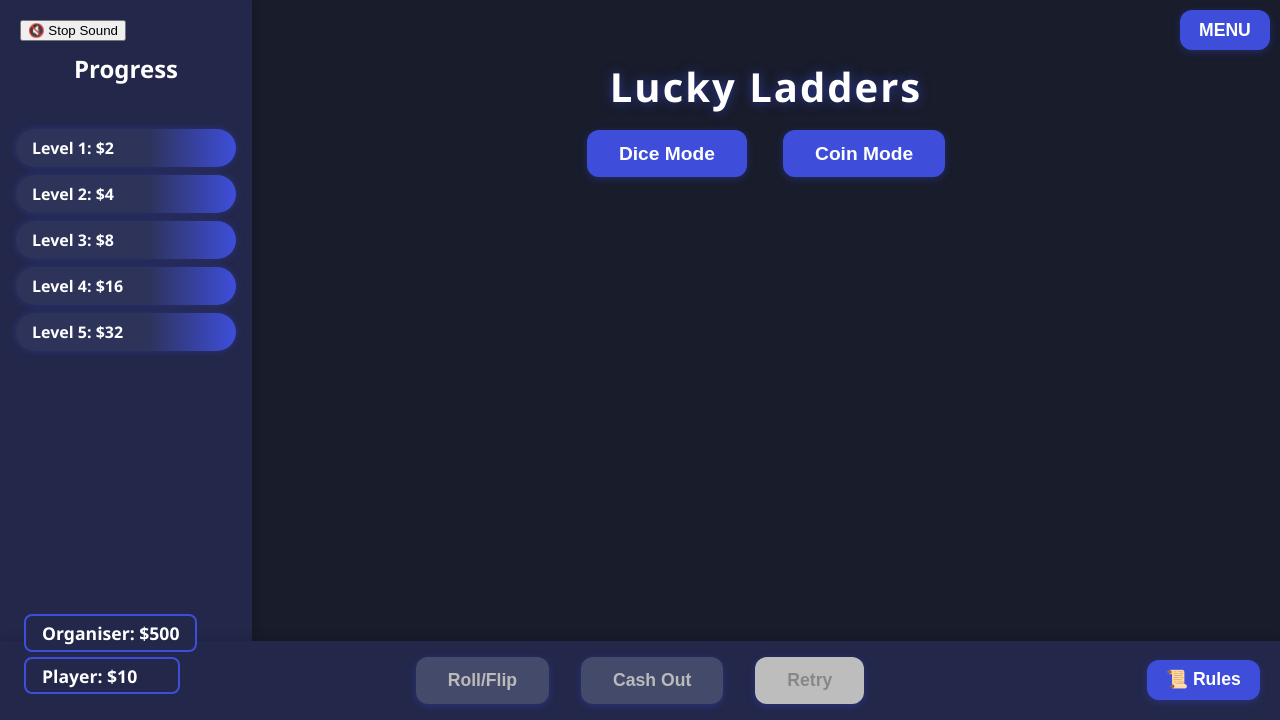
Repository: DrFez/luckyladders
Page: index.html
The author's editor kept a copy of each file at every save. The page is drawn from the files as they stood at one save, then again after the next save.
The browser window is 1280 px wide. The pictures show the whole page.

Above is the page before, as saved 2025-07-23 22:04:57.

After the next save:
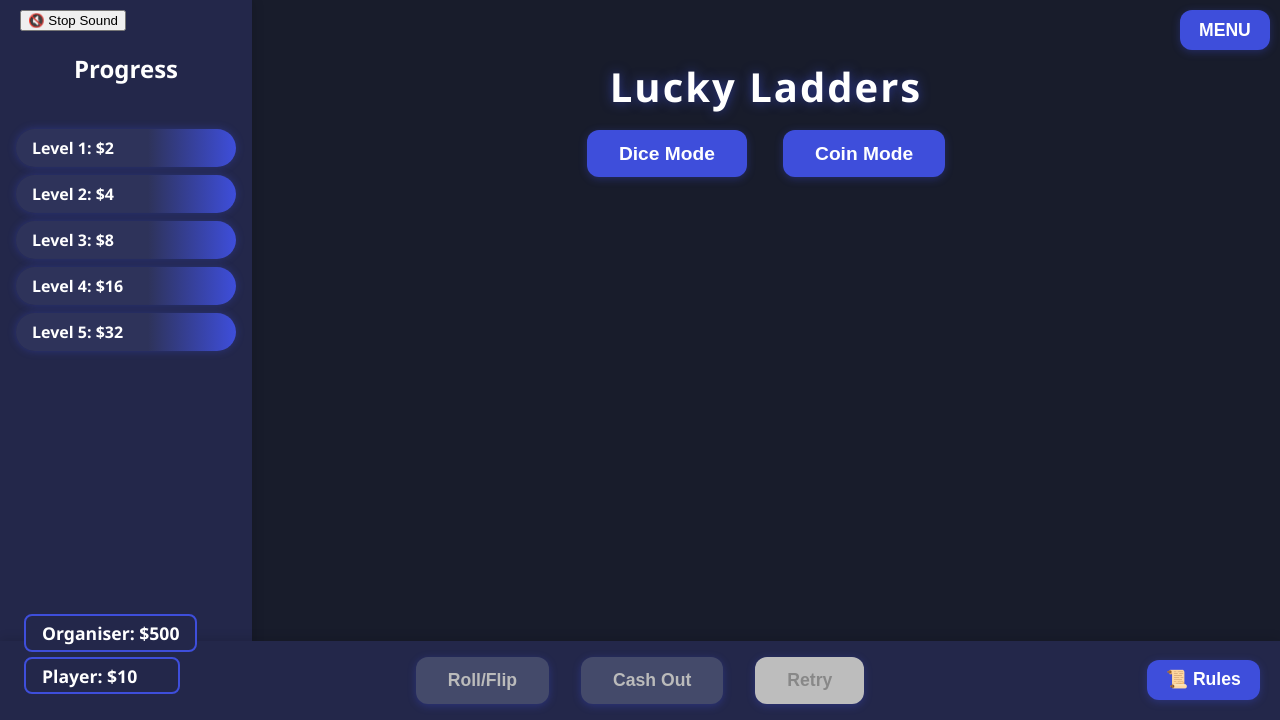
Saved 20 s later.
--- a/index.html
+++ b/index.html
@@ -69,7 +69,7 @@
         </div>
     </div>
     <button id="rulesBtn" style="position:fixed;bottom:20px;right:20px;z-index:2000;">📜 Rules</button>
-    <button id="stopMusicBtn" style="position:fixed;top:20px;left:20px;z-index:2000;">🔇 Stop Sound</button>
+    <button id="stopMusicBtn" style="position:fixed;top:10px;left:20px;z-index:2000;">🔇 Stop Sound</button>
     <div id="rulesModal" class="hidden">
         <div style="background:#23274a;padding:2rem 1.5rem;border-radius:16px;box-shadow:0 0 24px #3e4edb99;position:fixed;top:50px;left:50%;transform:translateX(-50%);z-index:2001;min-width:320px;max-width:95vw;max-height:80vh;overflow-y:auto;">
             <h2 style="color:#ffeb3b;">How to Play Lucky Ladders</h2>
